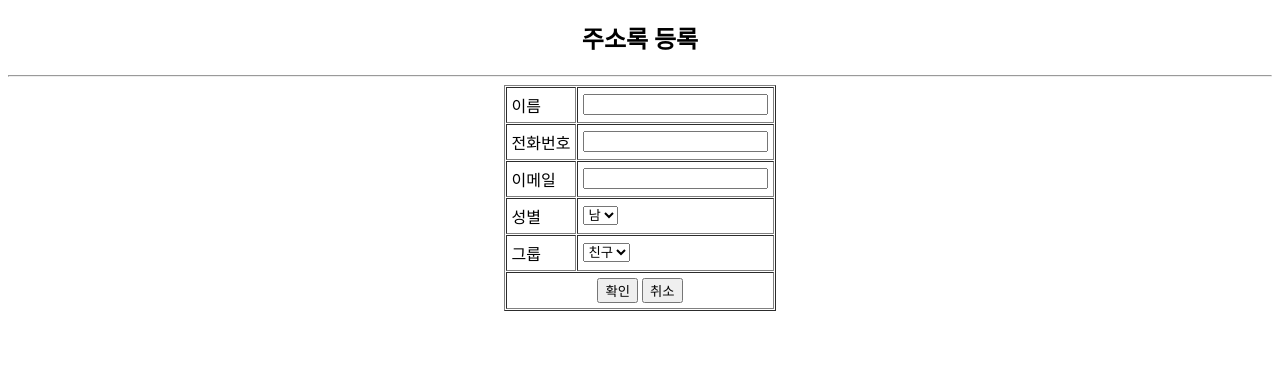
Repository: sonyeseul/pr1
Page: http://localhost/project1/Problem1/addr_form.jsp
An editor plug-in stored every save of this project. The page is shown before and after the next save, followed by the edit.
The browser window is 1280 px wide. The pictures show the whole page.
The page is served by Tomcat 9.

Above is the page before, as saved 2023-07-17 06:29:55.

After the next save:
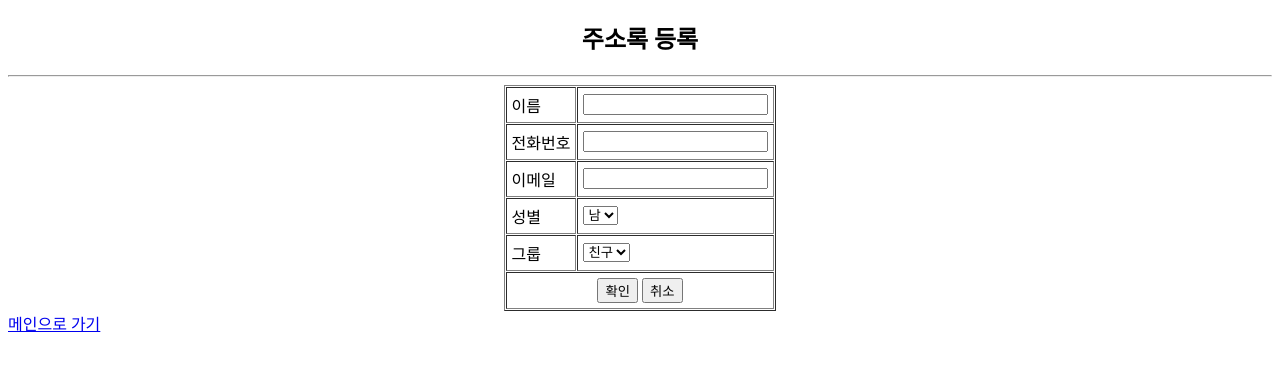
Saved 28 h 10 min later.
--- a/project1/src/main/webapp/Problem1/addr_form.jsp
+++ b/project1/src/main/webapp/Problem1/addr_form.jsp
@@ -48,5 +48,6 @@
 </table>
 </form>
 </div>
+<a href="../main.html">메인으로 가기</a>
 </body>
 </html>
